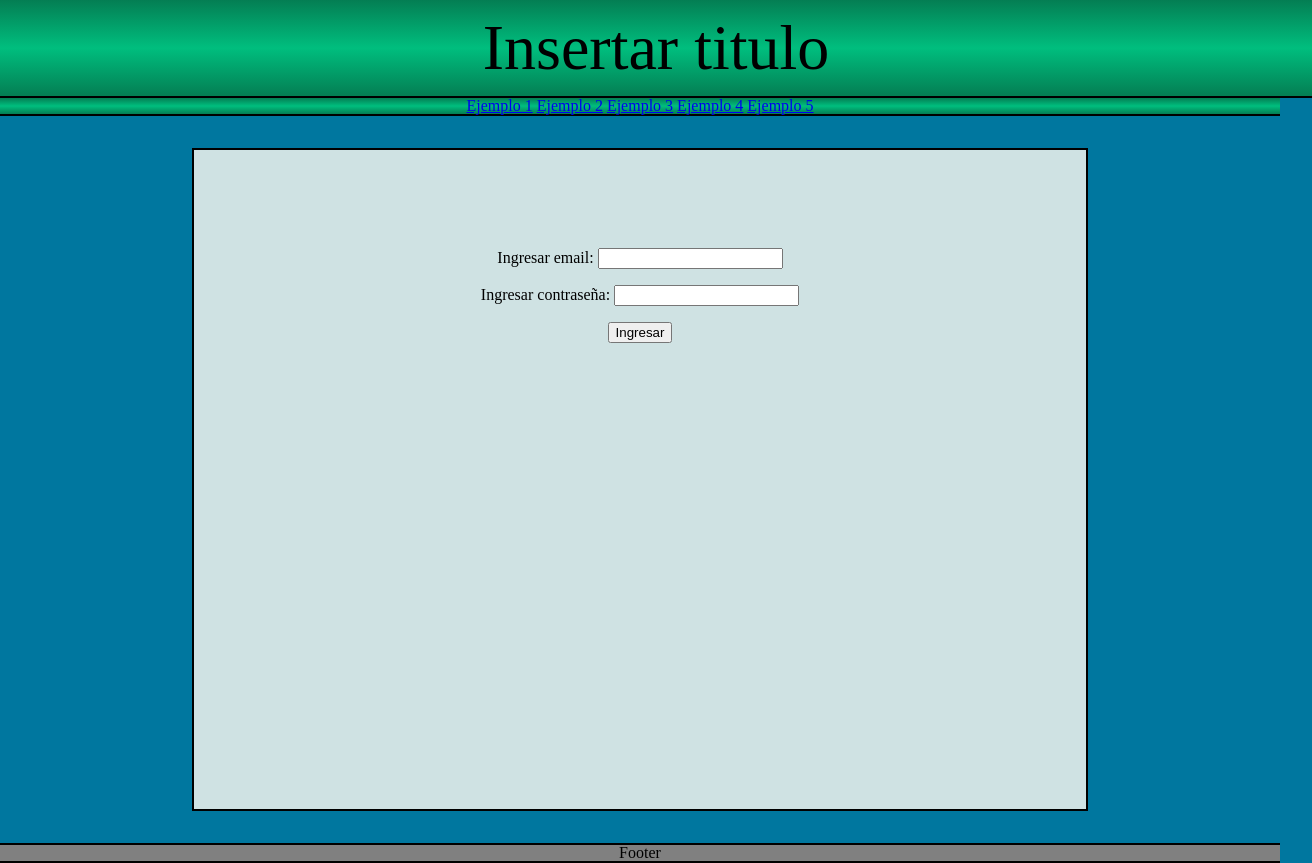
Repository: FacundoKinderknecht/Parcial-2-LPPA
Page: login/login.html
An editor plug-in stored every save of this project. The page is shown before and after the next save, followed by the edit.
The browser window is 1280 px wide. The page is 1312 px wide, so the pictures cover 1312 px, including what lies to the right of the window. The pictures show the whole page.

Above is the page before, as saved 2022-07-06 10:27:57.

After the next save:
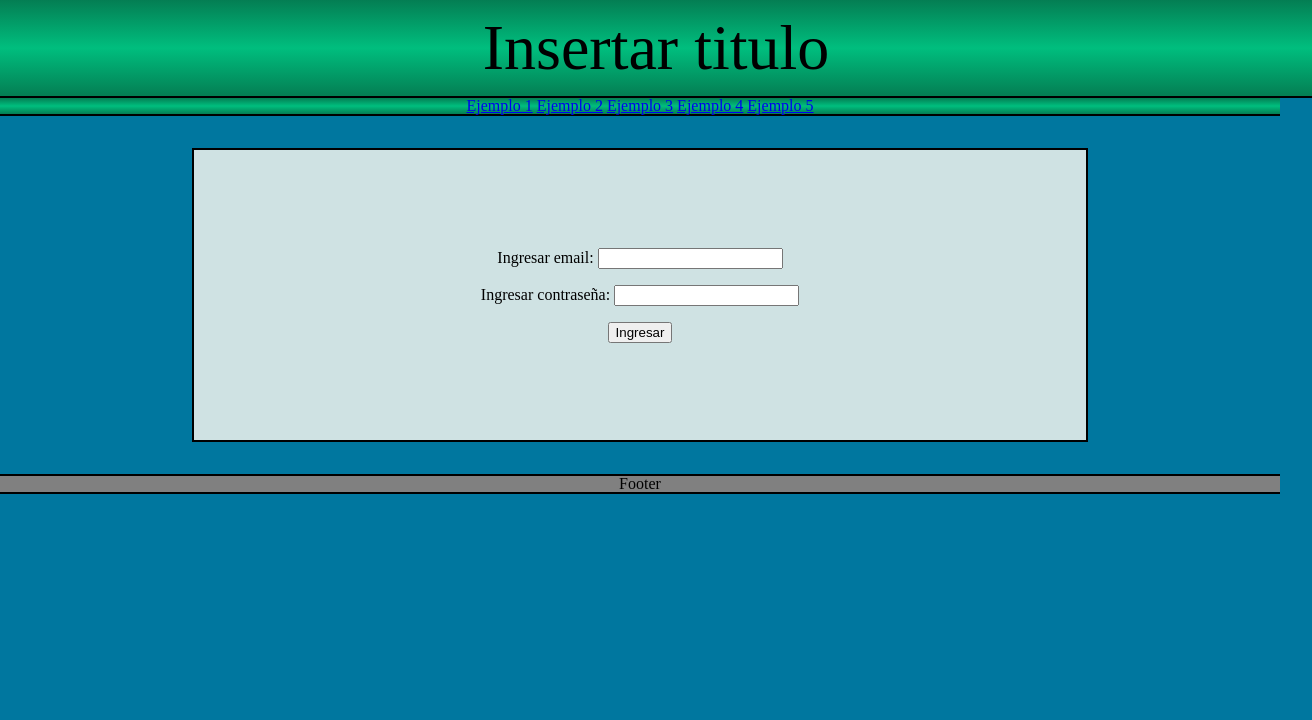
Saved 76 s later.
--- a/login/login.css
+++ b/login/login.css
@@ -27,13 +27,12 @@
     display: inline-block;
     width: 70%;
     padding: 2rem;
-    align-items: center;
 }
 form{
-    align-items: center;
     background-color: rgb(207, 226, 227);  border: black solid 2px;
     padding: 10%;
-    height: 30rem;
+
+
 }
 div{
     padding: 0.5rem;

After the 2 saves that followed:
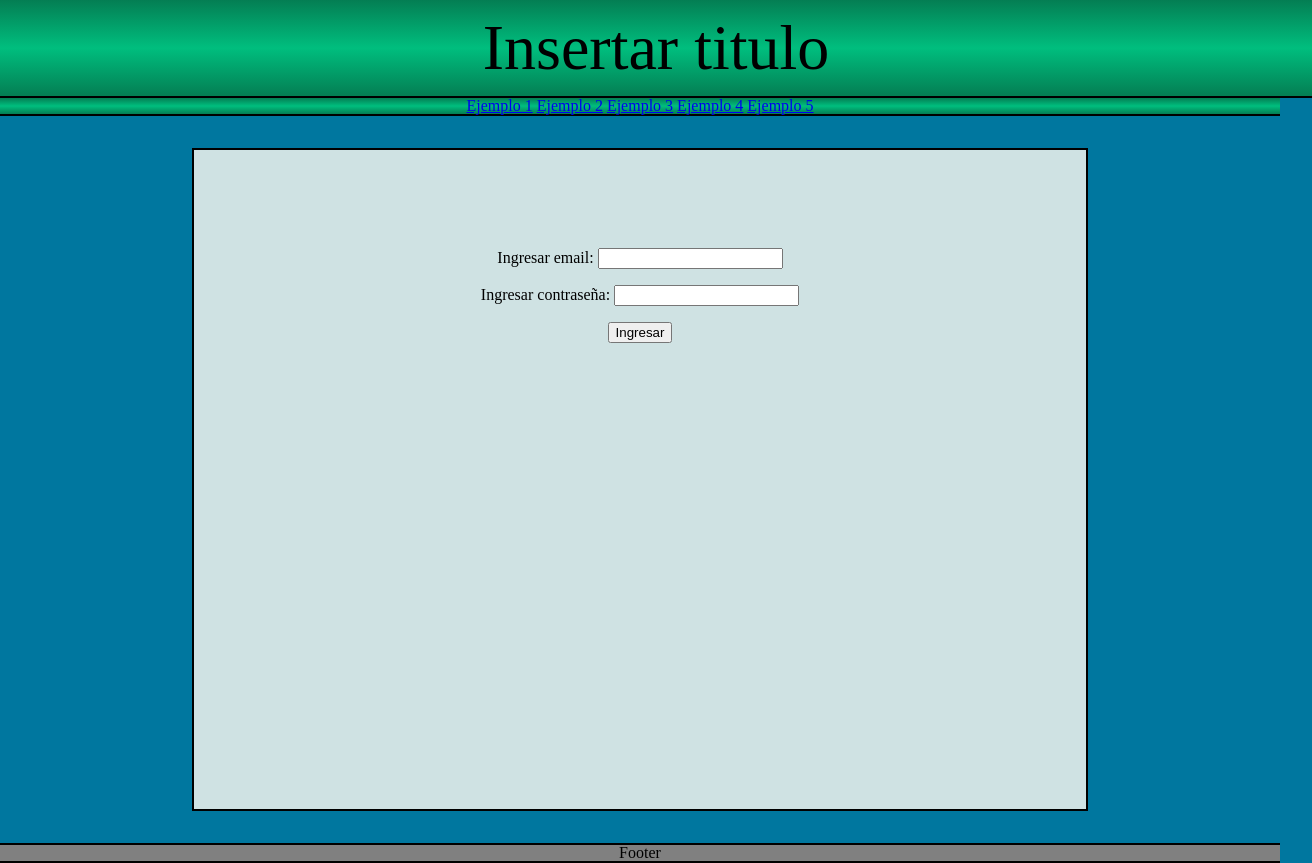
The 2 saves are shown as one change because 1 left the picture as it was.
The last was saved 39 s later.
--- a/login/login.css
+++ b/login/login.css
@@ -32,7 +32,7 @@
     background-color: rgb(207, 226, 227);  border: black solid 2px;
     padding: 10%;
 
-
+    height: 30rem;
 }
 div{
     padding: 0.5rem;
